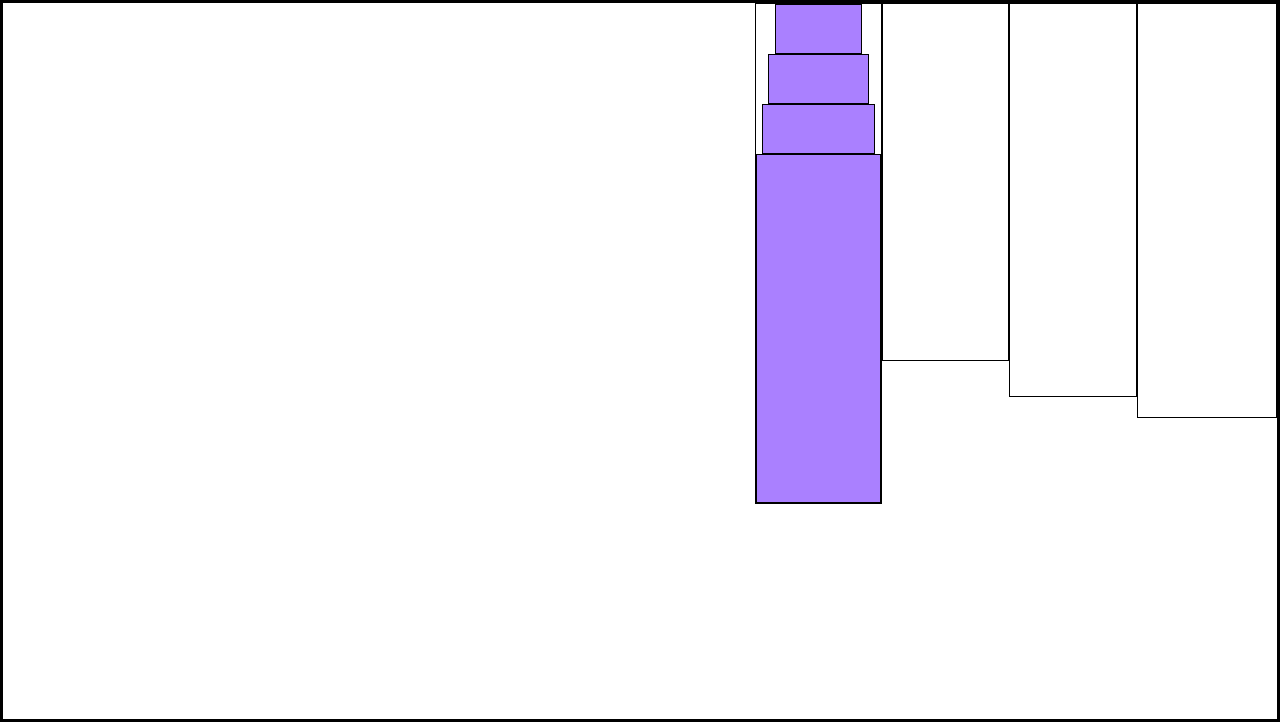
Repository: Lungdjos/city_skyline
Page: index.html
The author's editor kept a copy of each file at every save. The page is drawn from the files as they stood at one save, then again after a run of saves.
The browser window is 1280 px wide. The pictures show the whole page.

Above is the page before, as saved 2023-12-11 09:48:23.

After the next 3 saves:
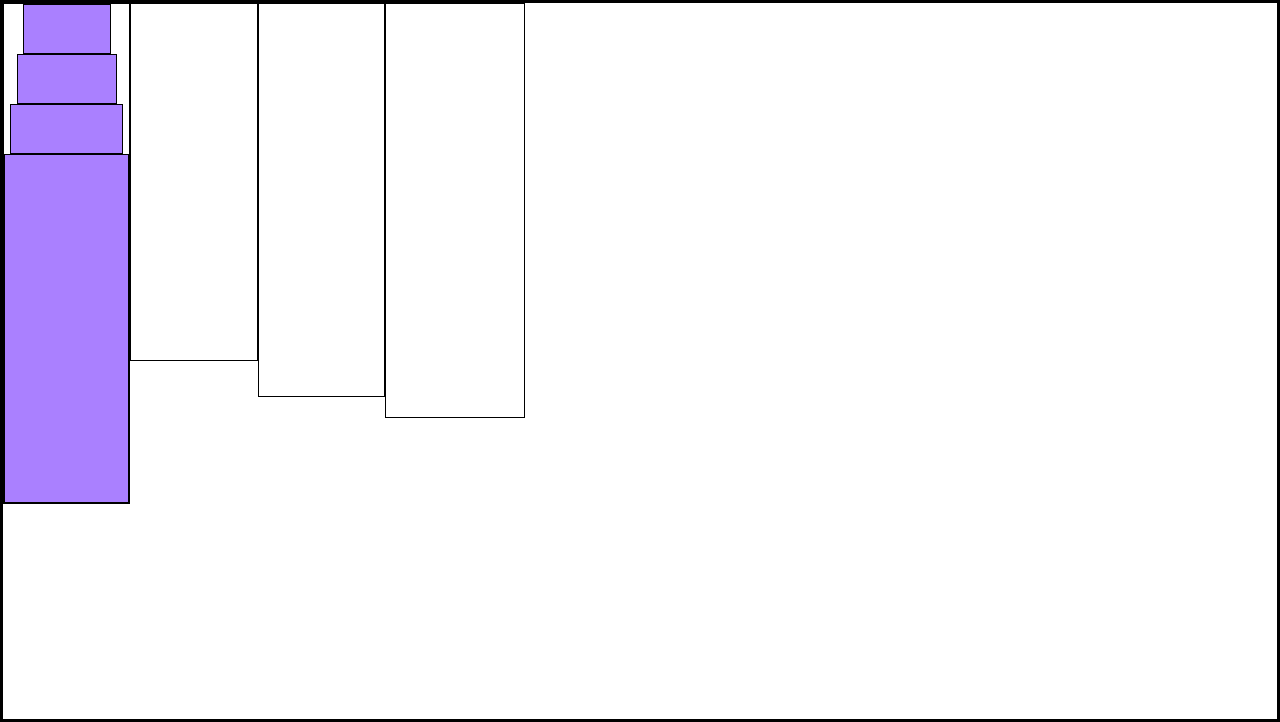
The 3 saves are shown as one change because they came seconds apart.
The last was saved 13 s later.
--- a/styles.css
+++ b/styles.css
@@ -14,7 +14,7 @@ body {
     height: 100%;
     display: flex;
     align-items: start;
-    justify-content: flex-end;
+    justify-content: flex-sta`;
 }
 
 .bb1 {
